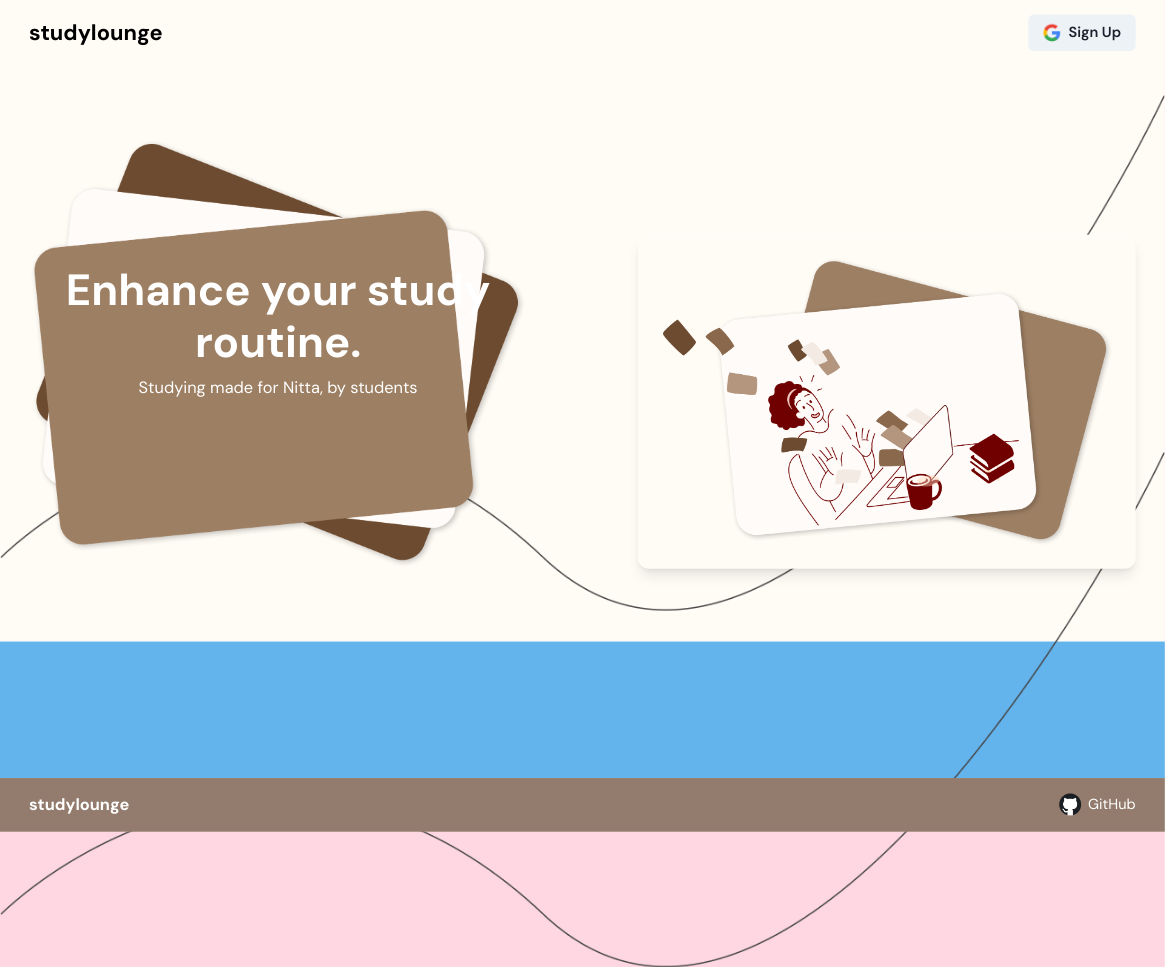
Repository: greg-chang/flashcard-website
Page: / (app in frontend/)
These files come from the project's save history. The page is drawn as it stood at one moment and after the next save; the edit follows.
The browser window is 1280 px wide. The pictures show the whole page, at 91% of full size.
The page's requests for data from a server got no answer. The project was rebuilt for these pictures with package versions that can differ from the ones it lists, and the page was loaded fresh each time. Some packages were replaced by stand-ins written for this rebuild. The framework's server and built-in components were replaced by stand-ins that run in the browser. No one was signed in, and anything a server would have sent is missing. Also part of the build but not shown: frontend/next.config.ts, frontend/src/components/Dashboard.tsx.

Above is the page before, as saved 2025-06-08 14:51:00.

After the next save:
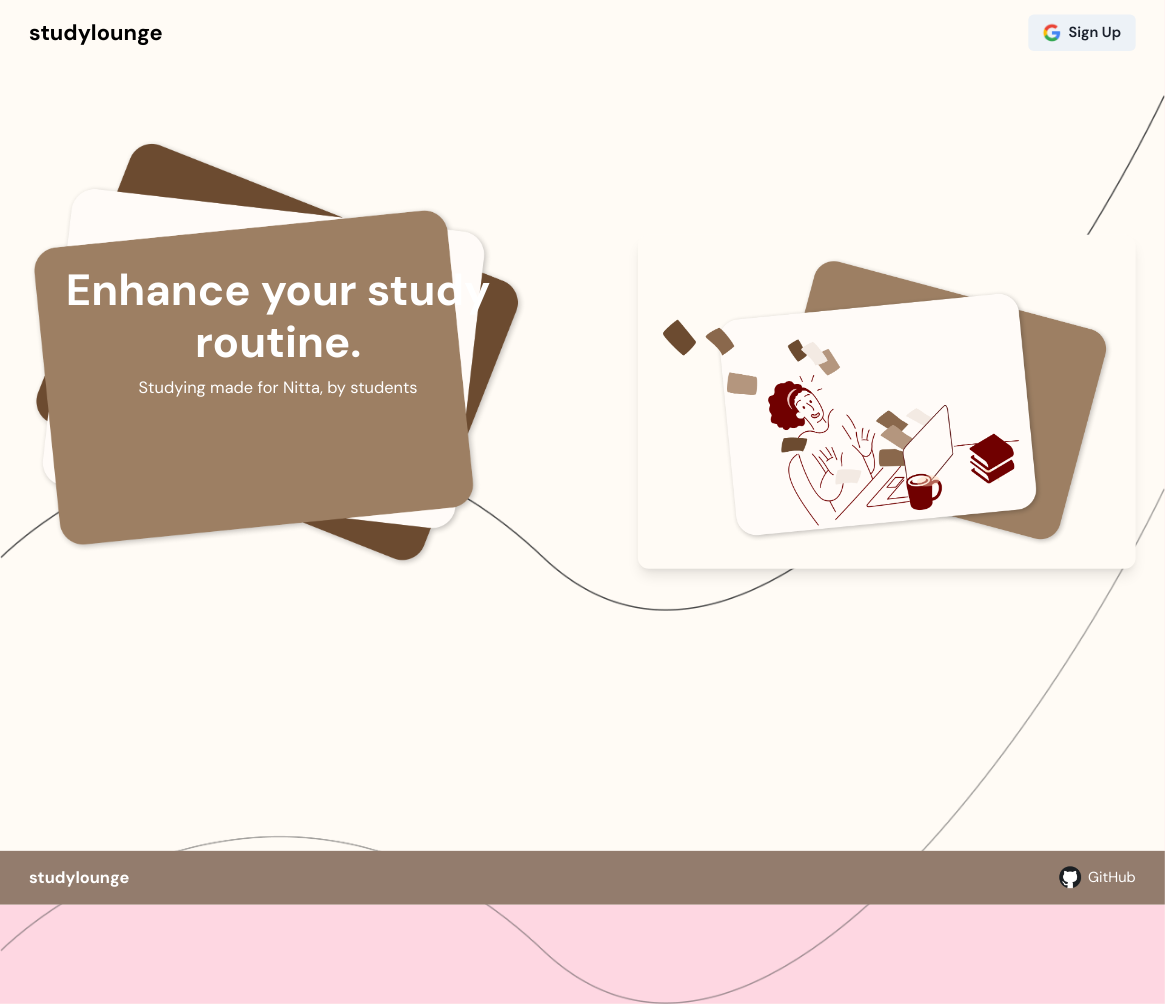
Saved 86 s later.
--- a/frontend/src/components/Homepage.tsx
+++ b/frontend/src/components/Homepage.tsx
@@ -165,16 +165,17 @@ export default function Homepage() {
         </Box>
       </Flex>
 
-      {/* Style Line as a separate element */}
+      {/* Style Line as a separate element (flow line) */}
       <Box
         width="100%"
-        height="150px" // Adjust height as needed for visibility
+        height="150px" // Adjust height to be appropriate for a 'flow line'
         display="flex"
         justifyContent="center"
         alignItems="center"
-        py={4} // Add some vertical padding around the line
-        bg="blue.300" // Temporary background for visibility test
-        opacity="1" // Ensure full visibility
+        py={4} // Add some vertical padding
+        mt={10} // Add margin-top to separate from main content
+        mb={10} // Add margin-bottom to separate from footer
+        opacity="0.5" // Subtle effect
       >
         <Image
           src={StyleLine}
